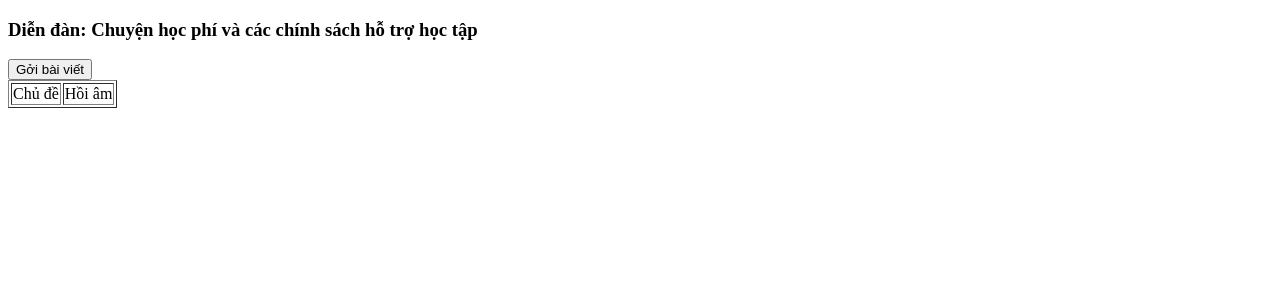
Repository: nguyenthanhnhan-st-961/GiuaKyChuyenDeWeb
Page: http://localhost/listTopics
The author's editor kept a copy of each file at every save. The page is drawn from the files as they stood at one save, then again after the next save.
The browser window is 1280 px wide. The pictures show the whole page.
The page is this project's Thymeleaf template; nobody is signed in. The template is opened directly, without the code that normally fills it, so the values that code supplies are empty.

Above is the page before, as saved 2023-04-12 00:54:53.

After the next save:
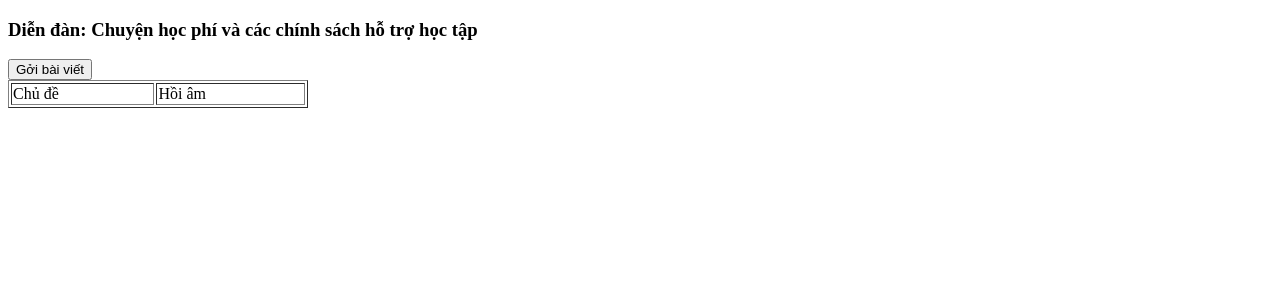
Saved 75 s later.
--- a/Forum/src/main/resources/templates/listTopics.html
+++ b/Forum/src/main/resources/templates/listTopics.html
@@ -9,7 +9,7 @@
 
 	<a href="#"><button type="button">Gởi bài viết</button></a>
 
-	<table border="1">
+	<table border="1" style="width:300px">
 		<thead>
 			<tr>
 				<td>Chủ đề</td>
